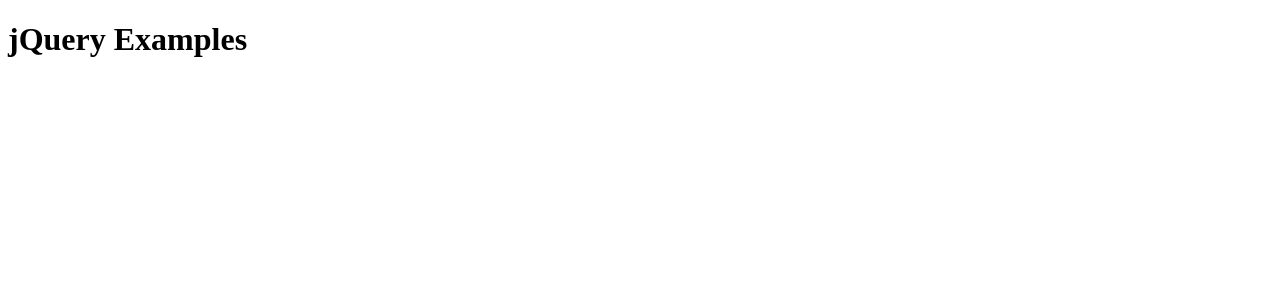
Repository: derekhub/IndiaTrainingProgramProjects
Page: JqueryExamples/WebContent/jQueryLoading.html
An editor plug-in stored every save of this project. The page is shown before and after the next save, followed by the edit.
The browser window is 1280 px wide. The pictures show the whole page.

Above is the page before, as saved 2016-08-17 06:42:34.
Console error: SyntaxError: missing ) after argument list

### JqueryExamples/WebContent/jQueryLoading.html
<!DOCTYPE html>
<html>
<head>
<meta charset="ISO-8859-1">
<title>Understanding jQuery Loading</title>

<script type="text/javascript" src="Scripts/jquery.js"></script>
<script type="text/javascript">

window.onload = function() {
	alert("ON Load - 1 Called");
}

// Equivalent to document.ready
// jquery is called first, even before the window onload stuff
$(function(){

	//alert("Document ready - 1 called ");
	$("#target").html("event handling with jqueryuerueur";)

});

</script>

</head>
<body>

<h1>jQuery Examples</h1>

<div id="target"></div>

</body>
</html>

Loaded but not shown: JqueryExamples/WebContent/Scripts/jquery.js (library)

After the next save:
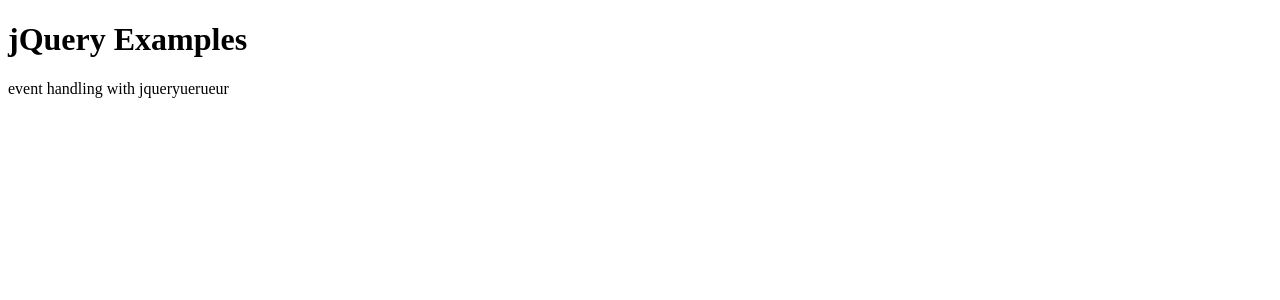
The error is gone.
Saved 16 s later.
--- a/JqueryExamples/WebContent/jQueryLoading.html
+++ b/JqueryExamples/WebContent/jQueryLoading.html
@@ -16,7 +16,7 @@
 $(function(){
 
 	//alert("Document ready - 1 called ");
-	$("#target").html("event handling with jqueryuerueur";)
+	$("#target").html("event handling with jqueryuerueur");
 
 });
 
